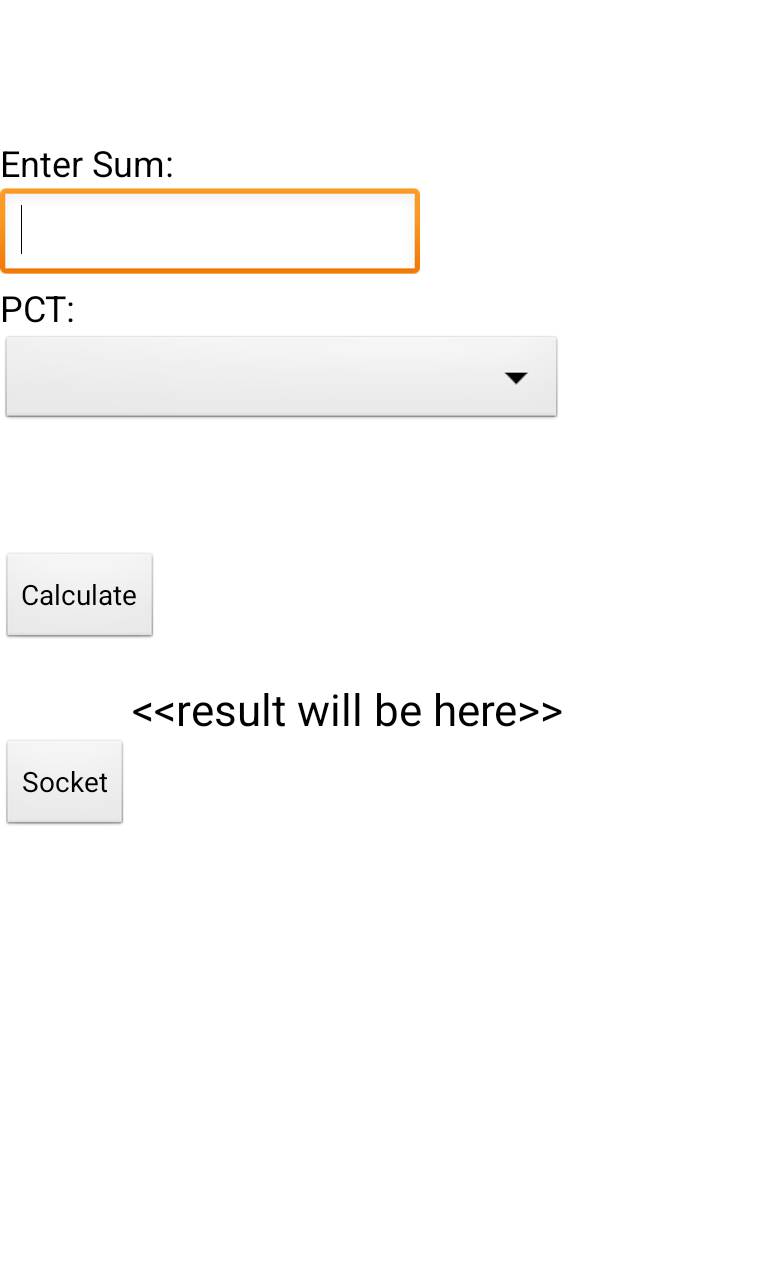
Repository: golan2/Android
Layout: Test2/izikTest/res/layout/activity_main.xml
These files come from the project's save history. The layout is drawn as it stood at one moment and after the next save; the edit follows.
It is drawn on a 768 x 1280 px phone screen (xhdpi) without system bars, with theme AppTheme; the app's code is not run.

Above is the layout before, as saved 2015-03-11 15:51:12.

After the next save:
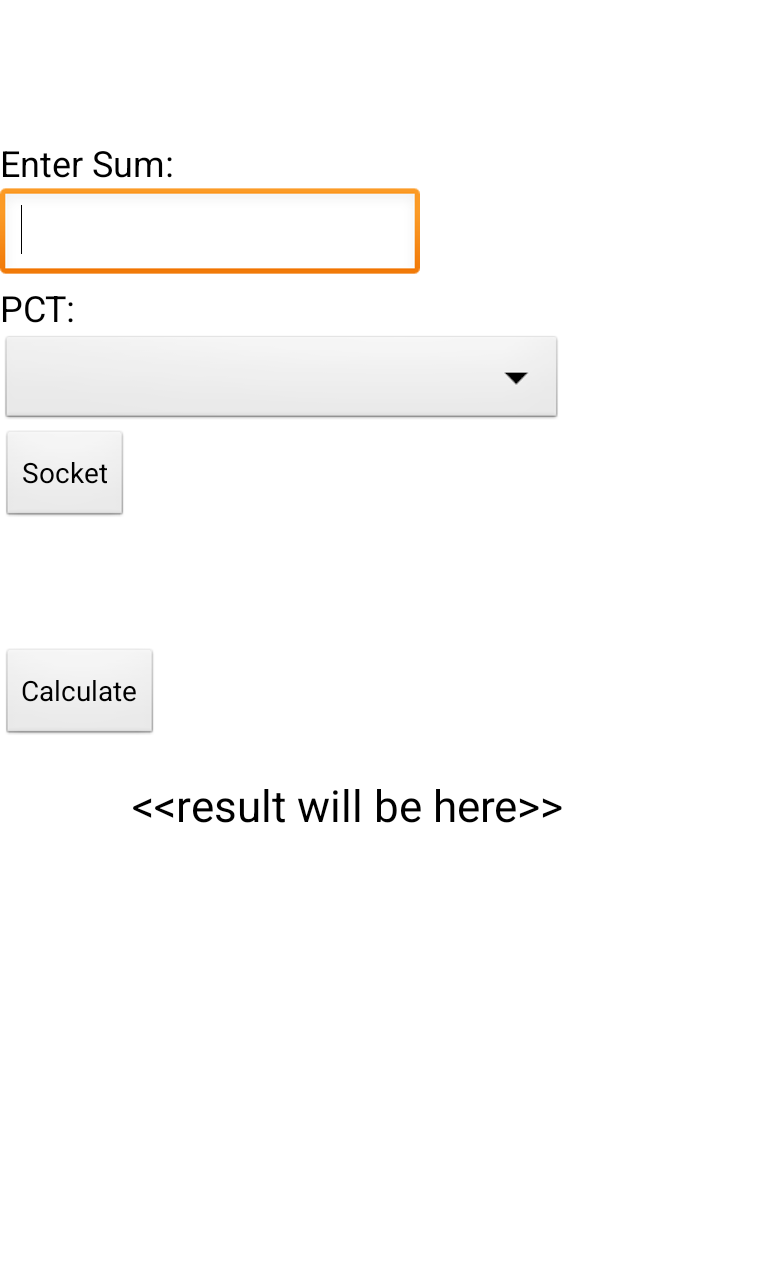
Saved 38 s later.
--- a/Test2/izikTest/res/layout/activity_main.xml
+++ b/Test2/izikTest/res/layout/activity_main.xml
@@ -40,6 +40,12 @@
             android:layout_height="wrap_content" />
 
         <Button
+            android:id="@+id/btnSocket"
+            android:layout_width="wrap_content"
+            android:layout_height="wrap_content"
+            android:text="Socket" />
+
+        <Button
             android:id="@+id/btnCalculate"
             android:layout_width="wrap_content"
             android:layout_height="wrap_content"
@@ -55,12 +61,6 @@
             android:text="&lt;&lt;result will be here>>"
             android:textAppearance="?android:attr/textAppearanceLarge" />
 
-        <Button
-            android:id="@+id/btnSocket"
-            android:layout_width="wrap_content"
-            android:layout_height="wrap_content"
-            android:text="Socket" />
-
     </LinearLayout>
 
 </RelativeLayout>
